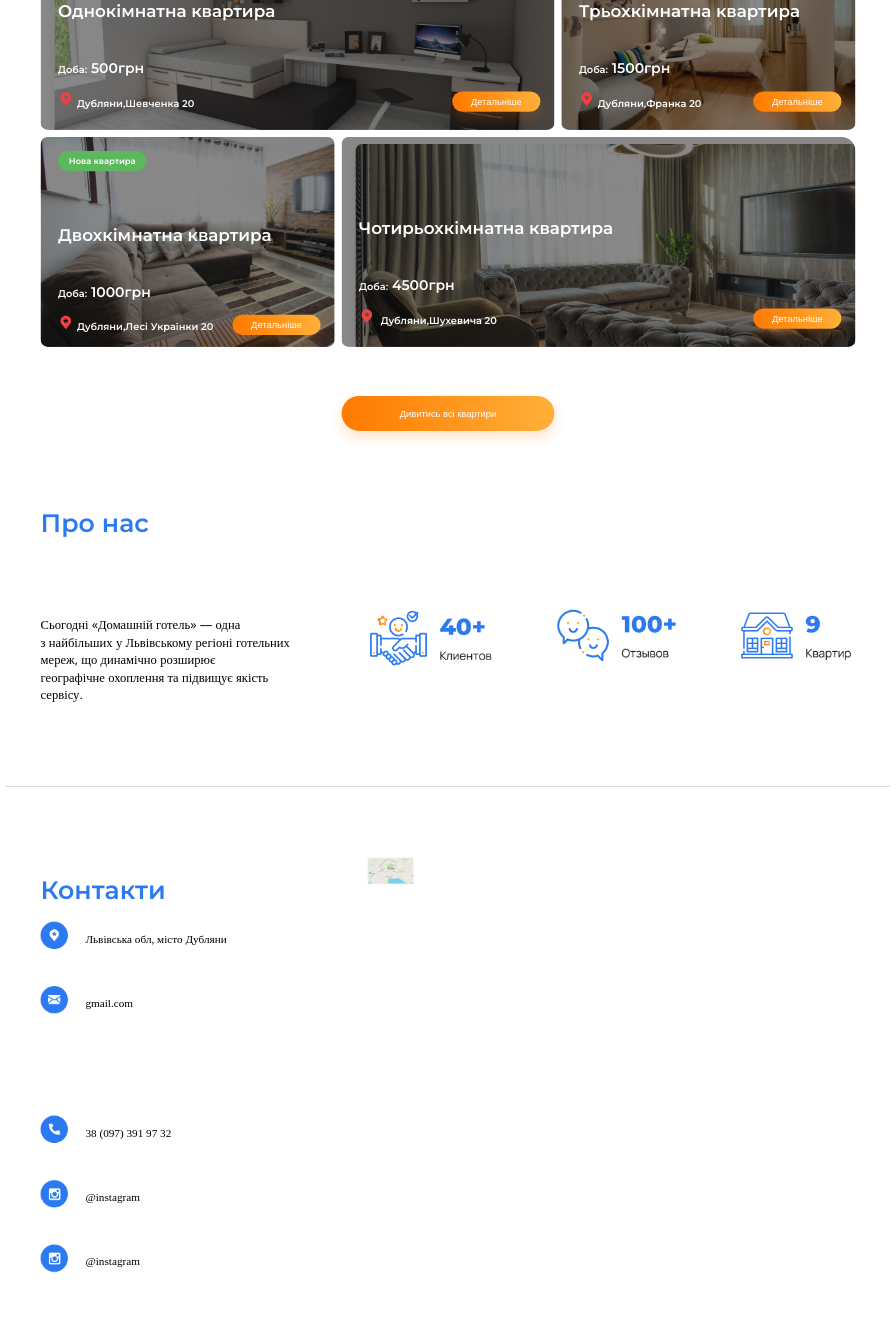
Repository: batonAnton/HW-7-grid
Page: index.html
The author's editor kept a copy of each file at every save. The page is drawn from the files as they stood at one save, then again after the next save.
The browser window is 1280 px wide. The pictures show the part of the page from y = 1952 to 3872 px (the page is 3872 px tall before and 3716 px after), at 70% of full size.

Above is the page before, as saved 2022-06-30 11:05:05.

### index.html
<!DOCTYPE html>
<html lang="en">
<head>
    <meta charset="UTF-8">
    <meta http-equiv="X-UA-Compatible" content="IE=edge">
    <meta name="viewport" content="width=device-width, initial-scale=1.0">
    <link rel="preconnect" href="https://fonts.googleapis.com">
    <link rel="preconnect" href="https://fonts.gstatic.com" crossorigin>
    <link href="https://fonts.googleapis.com/css2?family=Montserrat:wght@600&display=swap" rel="stylesheet">
    <link rel="preconnect" href="https://fonts.googleapis.com">
    <link rel="preconnect" href="https://fonts.gstatic.com" crossorigin>
    <link href="https://fonts.googleapis.com/css2?family=Open+Sans&display=swap" rel="stylesheet">
    <link rel="stylesheet" href="./css/styles2.css">
    <title>Grid</title>
</head>

        <div  class="wrapper allstyles">
            <header>
                <img src="./images/logo.png" alt="logo">
                <a href="" class="menu">Головна</a>
                <a href="" class="menu">Квартири</a>
                <a href="" class="menu">Контакти</a>
                <a href="" class="menu">Про нас</a>

                <div class="item mail">
                    <img src="./images/email.png" alt="email">
                    <p>@gmail.com</p>
                </div>
                <div class="item phone">
                    <img src="./images/phone.png" alt="phone">
                    <p>38 (097) 391 97 32</p>
                </div>
                <div class="item btn">
                        <button>Замовити Дзвінок </button>
                </div>
            </header>
            </div>





            <div class=" wrapper2  allstyles">
                <div class="info">
                    <h1>Оренда Квартир <br> в Березниках</h1>
                    <p>На довгий термін <br> або подобово</p>
                    <button class="btn">Дивитись варіанти</button>
                </div>
                <div class="blueblock"></div>

                <div class="banner">

                </div>
            </div>
        </div>


    <div class="wrapper3 allstyles">
         <div class=" block block1">
             <img src="./images/header 1.1.png" alt="img">
             <p>
                Укладаємо договори, <br> надаємо звітні документи
             </p>
         </div>
         <div class="block block2">
            <img src="./images/header 1.2.png" alt="img">
            <p>
                Готівковий та <br>
                Безготівковий розрахунок
            </p>
         </div>
         <div class="block block3">
            <img src="./images/header 1.3.png" alt="img">
            <p>
                Бронювання та заселення <br> цілодобово
            </p>

         </div>
         <div class="block block4">
            <img src="./images/header 1.4.png" alt="img">
            <p>
                Повна <br> конфіденційність
            </p>
         </div>
    </div>

    <div class="wrapper4 allstyles">
        <h1 class="wrapper4-h1">Наші квартири</h1>

        <div class="img1-1">
            <h1>Однокімнатна квартира</h1>
            <p class="price"> <span class="p-price">Доба:</span> 500грн</p>
            <p class="p-price location"> <img src="./images/wrapper4/Location_Icon.svg" alt="loc icon">Дубляни,Шевченка 20</p>
            <button class="btn">Детальніше</button>
        </div>
        <div class="img1-2">
            <h1>Трьохкімнатна квартира</h1>
            <p class="price"> <span class="p-price">Доба:</span>  1500грн</p>
            <p class="p-price location"> <img src="./images/wrapper4/Location_Icon.svg" alt="loc icon">Дубляни,Франка 20</p>
            <button class="btn">Детальніше</button>
        </div>
        <div class="img2-1">
            <button class="btn-new">Нова квартира</button>
            <h1>Двохкімнатна квартира</h1>
            <p class="price"> <span class="p-price">Доба:</span>  1000грн</p>
            <p class="p-price location"> <img src="./images/wrapper4/Location_Icon.svg" alt="loc icon">Дубляни,Лесі Українки 20</p>
            <button class="btn">Детальніше</button>
        </div>
        <div class="img2-2">
            <h1>Чотирьохкімнатна квартира</h1>
            <p class="price"> <span class="p-price">Доба:</span>  4500грн</p>
            <p class="p-price location"> <img src="./images/wrapper4/Location_Icon.svg" alt="loc icon"> Дубляни,Шухевича 20</p>
            <button class="btn">Детальніше</button>
        </div>
        <button class="btn-wr4">Дивитись всі квартири</button>
    </div>

    <div class="wrapper5 allstyles">
        <div class="block1">
            <h1 class="wrapper4-h1">Про нас</h1>
        </div>
        <div class="block2">
            <p>
                Сьогодні «Домашній готель» — одна <br> з найбільших у Львівському регіоні готельних <br> мереж, що динамічно розширює <br> географічне охоплення та підвищує якість <br> сервісу.
            </p>
        </div>
        <div class="block3">
            <img src="./images/wrapper5/rating.png" alt="img">
        </div>

    </div>

    <hr class="wr5">

    <div class="wrapper6 allstyles">
        <div class="block1 block-wr6">
            <h1 class="wrapper4-h1">Контакти</h1>
        </div>
        <div class="block2 block-wr6">
            <img class="img-wr6" src="./images/wrapper6/location.png" alt="location">
            <p>Львівська обл, місто Дубляни</p>
        </div>
        <div class="block3 block-wr6">
            <img class="img-wr6" src="./images/wrapper6/Mail.png" alt="mail">
            <p>gmail.com</p>
        </div>
        <div class="block4 block-wr6">
            <img class="img-wr6" src="./images/wrapper6/phone.png" alt="phone">
            <p>38 (097) 391 97 32</p>
        </div>
        <div class="block5 block-wr6">
            <img class="img-wr6" src="./images/wrapper6/instagramm.png" alt="insta">
            <p>@instagram</p>
        </div>
        <div class="block6 block-wr6">
            <img class="img-wr6" src="./images/wrapper6/instagramm.png" alt="insta">
            <p>@instagram</p>
        </div>
        <div class="block7">
            <img src="./images/wrapper6/Map.png" alt="map">
        </div>
    </div>









</body>
</html>

### css/styles2.css
* {
  box-sizing: border-box;
}

.allstyles {
  margin: 50px 50px;
}

header {
  display: grid;
  gap: 10px;
  grid-template-columns: repeat(8, 1fr);
  grid-template-rows: 1fr;
  z-index: 1;
}

.wrapper {
  display: flex;
  justify-content: space-between;
}

.menu {
  font-family: "Montserrat", sans-serif;
  font-style: normal;
  font-weight: 600;
  font-size: 16px;
  line-height: 20px;
  text-decoration: none;
  color: #111111;
  transition: all 1s;
}

.menu:hover {
  text-decoration: underline;
}

.phone,
.mail {
  font-family: "Montserrat", sans-serif;
  font-style: normal;
  font-weight: 600;
  font-size: 16px;
  line-height: 20px;
  text-decoration: none;
  color: #111111;
  transition: all 1s;
}

.menu,
.phone,
.mail,
.btn {
  justify-content: center;
  align-items: center;
  display: flex;
}

.phone,
.btn {
  width: 190px;
}

.btn button,
.wrapper4 .btn {
  padding: 15px 30px;
  color: #fff;
  background: linear-gradient(89.77deg, #ff7a00 0.2%, #ffb039 99.82%);
  box-shadow: 0px 10px 20px rgba(255, 122, 0, 0.2);
  border-radius: 25px;
  border: none;
}

.wrapper2 {
  display: grid;
  grid-template-columns: repeat(5, 1fr);
  grid-template-rows: repeat(5, 1fr);
  z-index: 0;
}

.wrapper2 .info {
  grid-column: 1/3;
  grid-row: 1/6;
}

.info h1 {
  font-family: "Montserrat";
  font-style: normal;
  font-weight: 800;
  font-size: 40px;
  line-height: 49px;
  display: flex;
  align-items: center;
  color: #111111;
}

.info p {
  font-family: "Open Sans";
  font-style: normal;
  font-weight: 400;
  font-size: 24px;
  line-height: 33px;
  color: #111111;
}
.wrapper2 .banner {
  grid-column: 3/6;
  grid-row: 1/6;
  background-image: url(../images/bigBanner.png);
  background-repeat: no-repeat;
  background-size: contain;
  /* height: 420px; */
  margin-right: -56px;
}

.wrapper2 .btn {
  margin-top: 60px;
  padding: 15px 30px;
  color: #fff;
  background: linear-gradient(89.77deg, #ff7a00 0.2%, #ffb039 99.82%);
  box-shadow: 0px 10px 20px rgba(255, 122, 0, 0.2);
  border-radius: 25px;
  border: none;
}

.blueblock {
  grid-column: 4/6;
  grid-row: 1/6;
  background: #2b7af1;
  border-radius: 0px 0px 0px 10px;
  margin-top: -155px;
  margin-right: -56px;

  width: 620px;
  height: 810px;
}

.wrapper3 {
  display: grid;
  grid-template-columns: repeat(4, 1fr);
  margin-top: -180px;
  z-index: 1;
}

.wrapper3 p {
  font-family: "Open Sans", sans-serif;
  font-style: normal;
  font-weight: 400;
  font-size: 16px;
  line-height: 22px;
  text-align: center;
  color: #111111;
}

.block {
  width: 270px;
  /* height: 170px; */
  padding: 30px 20px;
  background: #ffffff;
  border-radius: 10px;
  border: 1px solid gray;
}

.block img {
  width: 80px;
  height: 80px;
  margin-left: 70px;
}

.block1,
.block2,
.block3,
.block4 {
  /* display: flex; */
  justify-content: space-around;
}

.block1 {
  grid-column: 1/2;
}

.block2 {
  grid-column: 2/3;
}

.block3 {
  grid-column: 3/4;
}

.block4 {
  grid-column: 4/5;
}

.wrapper4 {
  display: grid;
  grid-template-columns: repeat(5, 1fr);
  grid-template-rows: repeat(6, 1fr);
  margin-top: 115px;
  gap: 10px;
}

.wrapper4-h1 {
  grid-column: 1/6;
  font-family: "Montserrat";
  font-style: normal;
  font-weight: 800;
  font-size: 36px;
  line-height: 44px;
  color: #2b7af1;
}

.img1-1 {
  grid-column: 1/4;
  grid-row: 2/4;
  /* width: 650px; */
  height: 300px;
  background: linear-gradient(rgba(17, 17, 17, 0.5), rgba(17, 17, 17, 0.5)),
    url(../images/wrapper4/Background\ 1.1.png);

  border-radius: 10px;
  border-top-right-radius: 20px;
}

.img1-2 {
  grid-column: 4/6;
  grid-row: 2/4;
  /* width: 450px; */
  height: 300px;
  background: linear-gradient(rgba(17, 17, 17, 0.5), rgba(17, 17, 17, 0.5)),
    url(../images/wrapper4/Background\ 1.2.png);
  border-radius: 10px;
}

.img2-1 {
  grid-column: 1/3;
  grid-row: 4/6;
  /* width: 450px; */
  height: 300px;
  background: linear-gradient(rgba(17, 17, 17, 0.5), rgba(17, 17, 17, 0.5)),
    url(../images/wrapper4/Background\ 2.1.png);
  border-radius: 10px;
}

.img2-2 {
  grid-column: 3/6;
  grid-row: 4/6;
  height: 300px;
  /* height: 310px; */
  background: linear-gradient(rgba(17, 17, 17, 0.5), rgba(17, 17, 17, 0.5)),
    url(../images/wrapper4/Background\ 2.2.png);
  border-radius: 10px;
  border-top-right-radius: 20px;
}

.btn-new {
  background: #5cb85c;
  border-radius: 20px;
  z-index: 1;
  margin: 20px 50px 30px 25px;
  padding: 7px 15px;
  width: 126px;
  border: none;
  font-family: "Montserrat";
  font-style: normal;
  font-weight: 600;
  font-size: 12px;
  line-height: 15px;
  color: #ffffff;
}

.wrapper4 .img1-1 h1 {
  padding: 100px 50px 30px 25px;
  font-family: "Montserrat";
  font-style: normal;
  font-weight: 800;
  font-size: 24px;
  line-height: 29px;
  color: #ffffff;
  /* filter: brightness(100%)!important; */
}

.wrapper4 .img1-2 h1 {
  padding: 100px 50px 30px 25px;
  font-family: "Montserrat";
  font-style: normal;
  font-weight: 800;
  font-size: 24px;
  line-height: 29px;
  color: #ffffff;
}

.wrapper4 .img2-1 h1 {
  padding: 30px 50px 30px 25px;
  font-family: "Montserrat";
  font-style: normal;
  font-weight: 800;
  font-size: 24px;
  line-height: 29px;
  color: #ffffff;
  filter: brightness(100%) !important;
  z-index: 0;
}

.wrapper4 .img2-2 h1 {
  padding: 100px 50px 30px 25px;

  font-family: "Montserrat";
  font-style: normal;
  font-weight: 800;
  font-size: 24px;
  line-height: 29px;
  color: #ffffff;
  filter: brightness(100%) !important;
}

.wrapper4 .p-price {
  font-family: "Montserrat";
  font-style: normal;
  font-weight: 400;
  font-size: 14px;
  line-height: 22px;
  color: #ffffff;
  display: inline;
}

.wrapper4 .price {
  font-family: "Montserrat";
  font-style: normal;
  font-weight: 800;
  font-size: 20px;
  line-height: 24px;
  color: #ffffff;
  margin-top: 25px;
  padding: 0px 45px 0px 25px;
}

.location {
  padding: 0px 15px 0px 25px;
}

.location img {
  margin-right: 5px;
}

.wrapper4 .btn {
  float: right;
  margin-right: 20px;
  padding: 7px 15px;
  width: 126px;
}

.wrapper4 .btn-wr4 {
  margin-top: 60px;
  grid-column: 3/4;
  width: 304px;
  height: 50px;
  background: linear-gradient(89.77deg, #ff7a00 0.2%, #ffb039 99.82%);
  border: none;
  box-shadow: 0px 10px 20px rgba(255, 122, 0, 0.2);
  border-radius: 25px;
  color: white;
}

/* wrapper5 */

.wrapper5 {
  display: grid;
  grid-template-columns: repeat(3, 1fr);
  grid-template-rows: repeat(2, 1fr);
}

.wrapper5 .block1 {
  grid-column: 1/4;
  grid-row: 1;
}

.wrapper5 .block2 {
  grid-column: 1/3;
  grid-row: 2;
}

.wrapper5 .block3 {
  grid-column: 2/4;
  grid-row: 2;
}

.wrapper5 img {
  width: 700px;
  margin-left: 70px;
}

.wrapper5 p {
  font-family: "Open Sans";
  font-style: normal;
  font-weight: 400;
  font-size: 18px;
  line-height: 25px;
}

.wr5{
  background: linear-gradient(89.77deg, #FF7A00 0.2%, #FFB039 99.82%);
border-radius: 1px;
height: 1px;
margin:100px 0;
width: 100%;
}

.wrapper6{
  display: grid;
  grid-template-columns: repeat(5,1fr);
  grid-template-rows: repeat(7,1fr);
}

.wrapper6 .block-wr6{
  display: inline-flex;
  justify-content: flex-start;
}
.wrapper6 img{
  margin-right: 25px;
  height: 40px;
}

.block1{
  grid-column: 1/3;
  grid-row: 1/2;
}

.block2{
  grid-column: 1/3;
  grid-row: 2/3;
}

.block3{
  grid-column: 1/3;
  grid-row: 3/4;
}

.block4{
  grid-column: 1/3;
  grid-row: 5/6;
}

.block5{
  grid-column: 1/3;
  grid-row: 6/7;
}

.block6{
  grid-column: 1/3;
  grid-row: 7/8;
}

.block7{
  grid-column: 3/6;
  grid-row: 1/8;
  overflow: hidden;
}

After the next save:
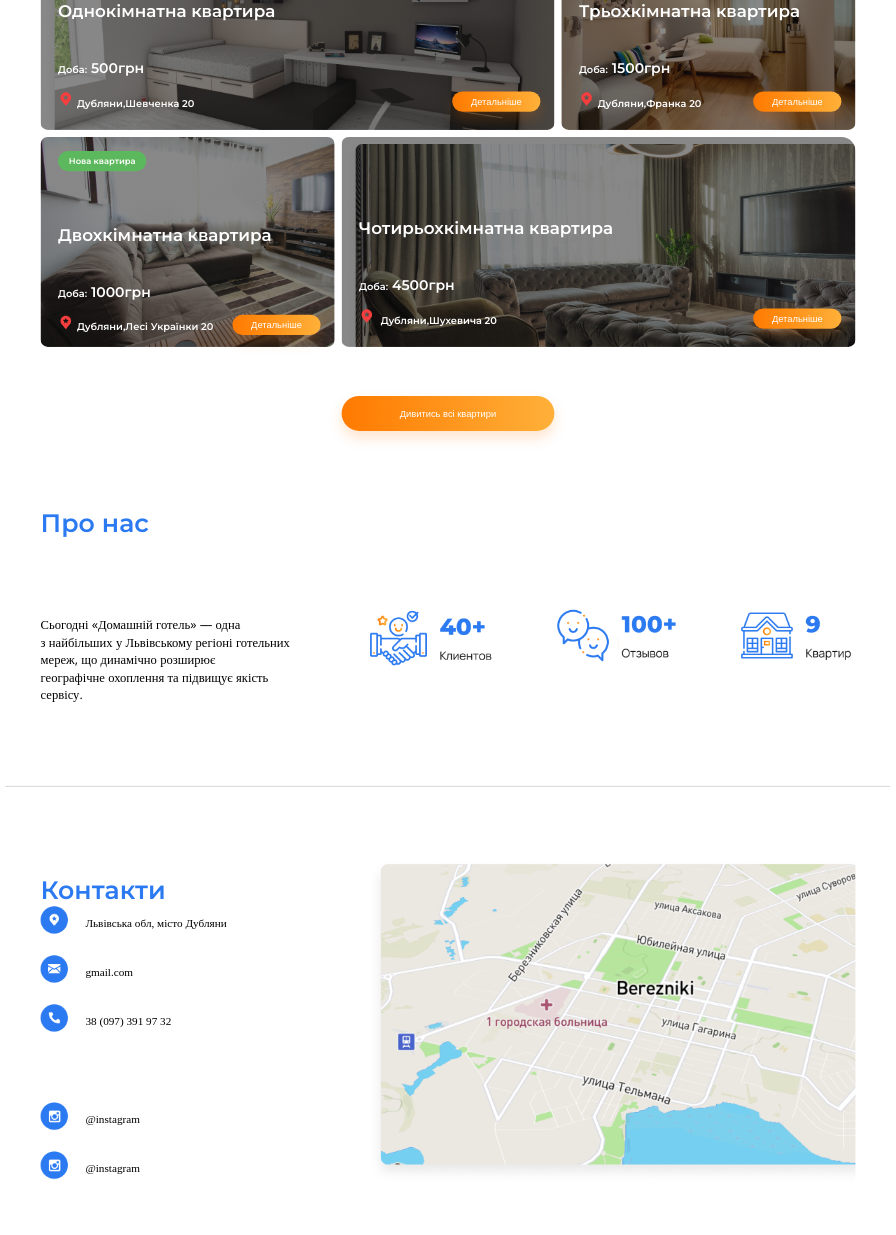
Saved 44 s later.
--- a/css/styles2.css
+++ b/css/styles2.css
@@ -406,14 +406,14 @@ width: 100%;
 .wrapper6{
   display: grid;
   grid-template-columns: repeat(5,1fr);
-  grid-template-rows: repeat(7,1fr);
+  grid-template-rows: repeat(7,70px);
 }
 
 .wrapper6 .block-wr6{
   display: inline-flex;
   justify-content: flex-start;
 }
-.wrapper6 img{
+.wrapper6 .img-wr6{
   margin-right: 25px;
   height: 40px;
 }
@@ -435,7 +435,7 @@ width: 100%;
 
 .block4{
   grid-column: 1/3;
-  grid-row: 5/6;
+  grid-row: 4/5;
 }
 
 .block5{
